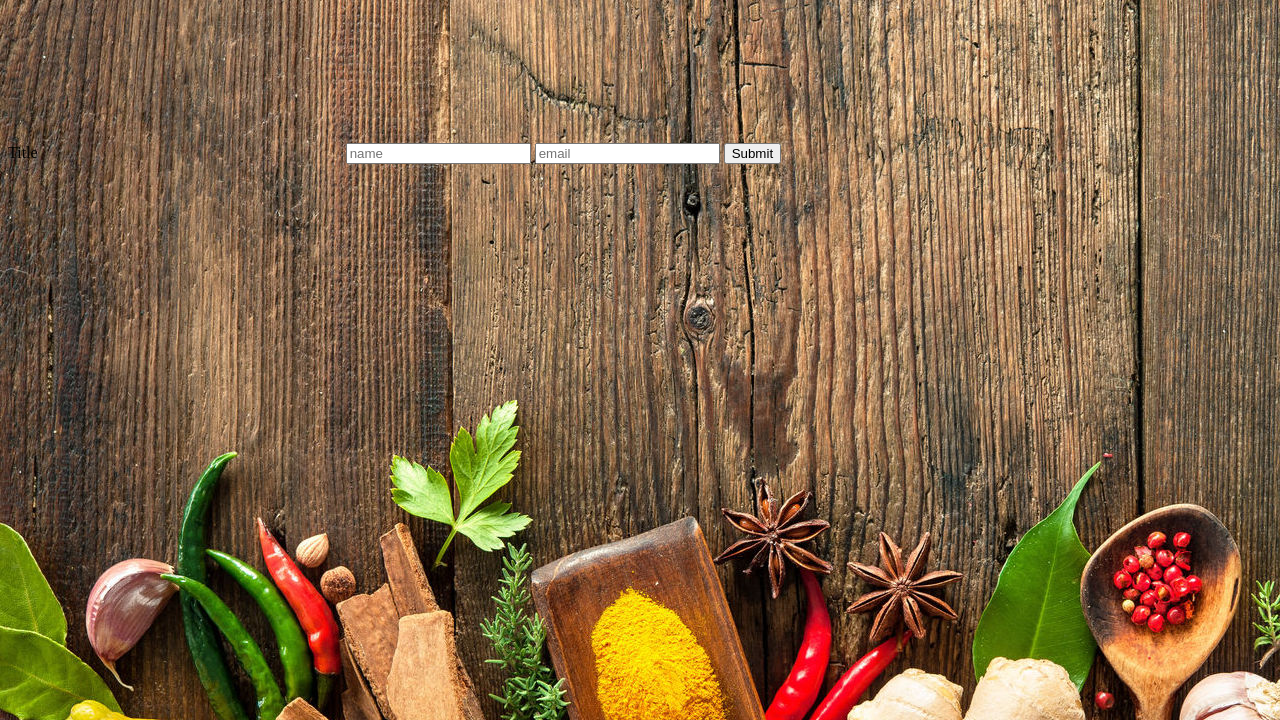
Repository: 43320888/upwork
Page: index.html
The author's editor kept a copy of each file at every save. The page is drawn from the files as they stood at one save, then again after the next save.
The browser window is 1280 px wide. The pictures show the whole page.

Above is the page before, as saved 2019-01-16 12:32:11.

### index.html
<!DOCTYPE html>
<html lang="en">
<head>
	<meta charset="UTF-8">
	<meta name="viewport" content="width=device-width, initial-scale=1.0">
	<meta http-equiv="X-UA-Compatible" content="ie=edge">
	<link rel="stylesheet" href="style.css">
	<script src="script.js"></script>
	<title>Spin wheel</title>
</head>
<body class="spin-table">
	<div>
		<span>Title</span>
		<canvas></canvas>
		<input type="text" placeholder="name">
		<input type="text" placeholder="email">
		<input type="submit" placeholder="submit">
	</div>
</body>
</html>

### style.css
.spin-table {
	height: 100%;
	background: #000;
	background-image: url(images/Covers.jpg);
}
/*.spin-table > div {
	margin-left: 50%;
}*/

Loaded but not shown: script.js (no stored copy; drawn as an empty file)

After the next save:
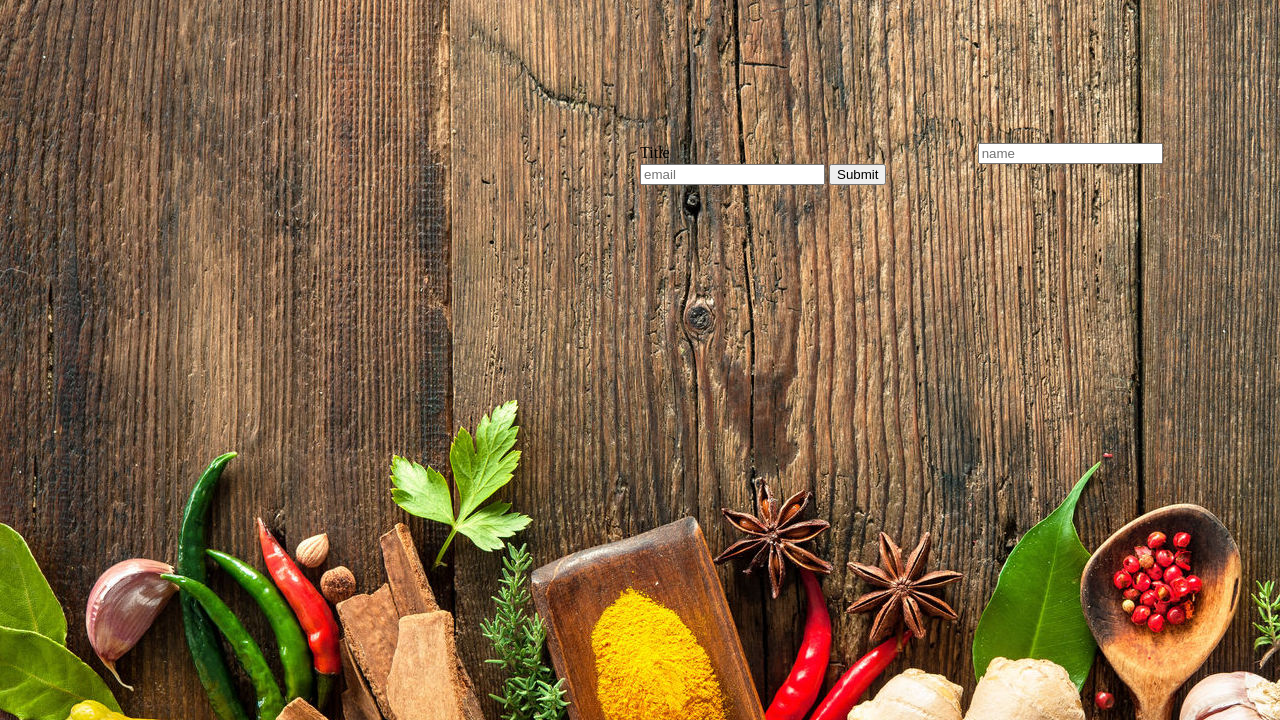
Saved 34 s later.
--- a/style.css
+++ b/style.css
@@ -3,6 +3,6 @@
 	background: #000;
 	background-image: url(images/Covers.jpg);
 }
-/*.spin-table > div {
+.spin-table > div {
 	margin-left: 50%;
-}*/
+}
